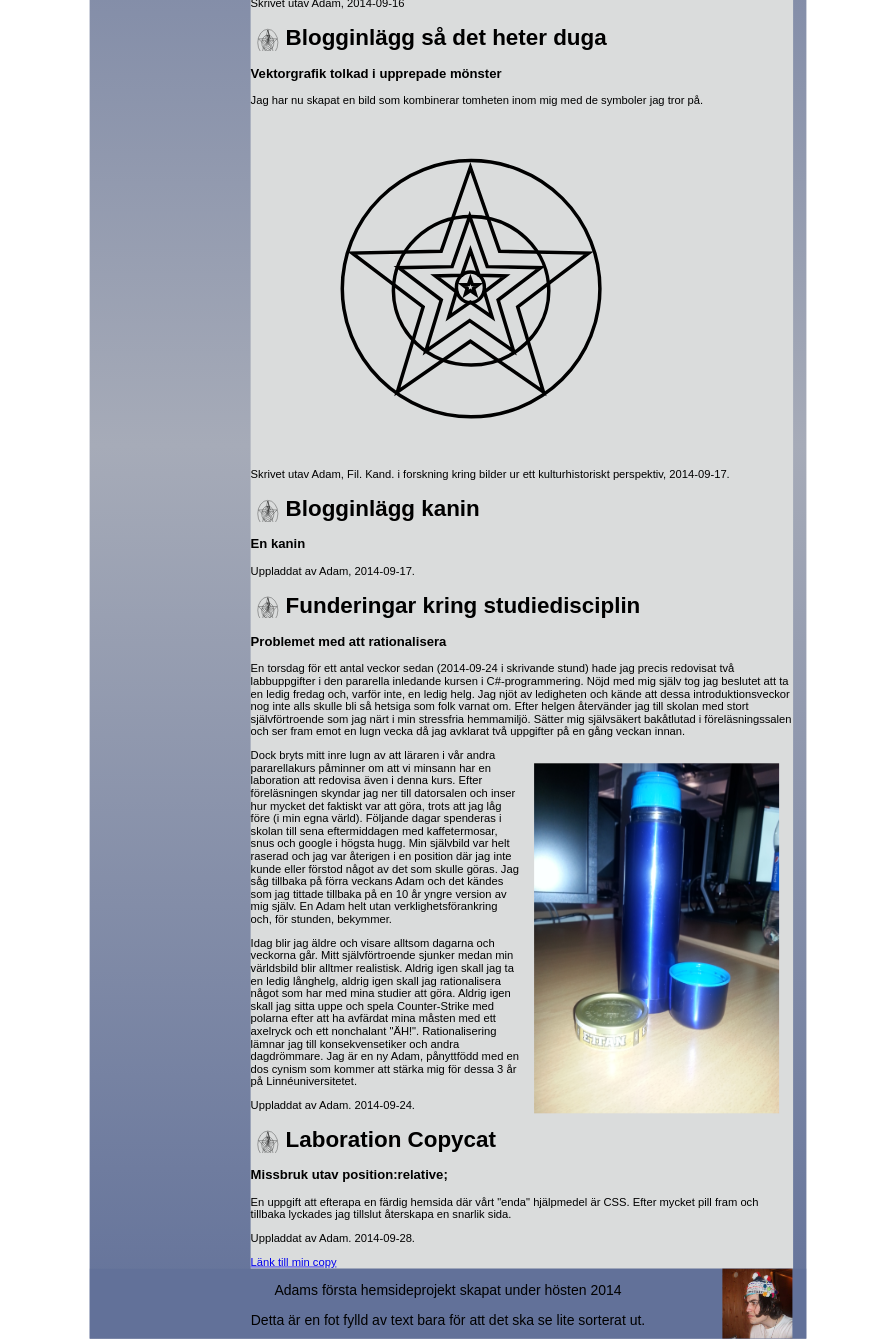
Repository: ao222qc/1IK415_ao222qc_copycat
Page: index.html
The author's editor kept a record of every edit. The page is drawn from the files as they stood at one moment, then again after the next edit.
The browser window is 1280 px wide. The pictures show the part of the page from y = 649 to 2569 px (the page is 2569 px tall), at 70% of full size.

Above is the page before.

After the next edit:
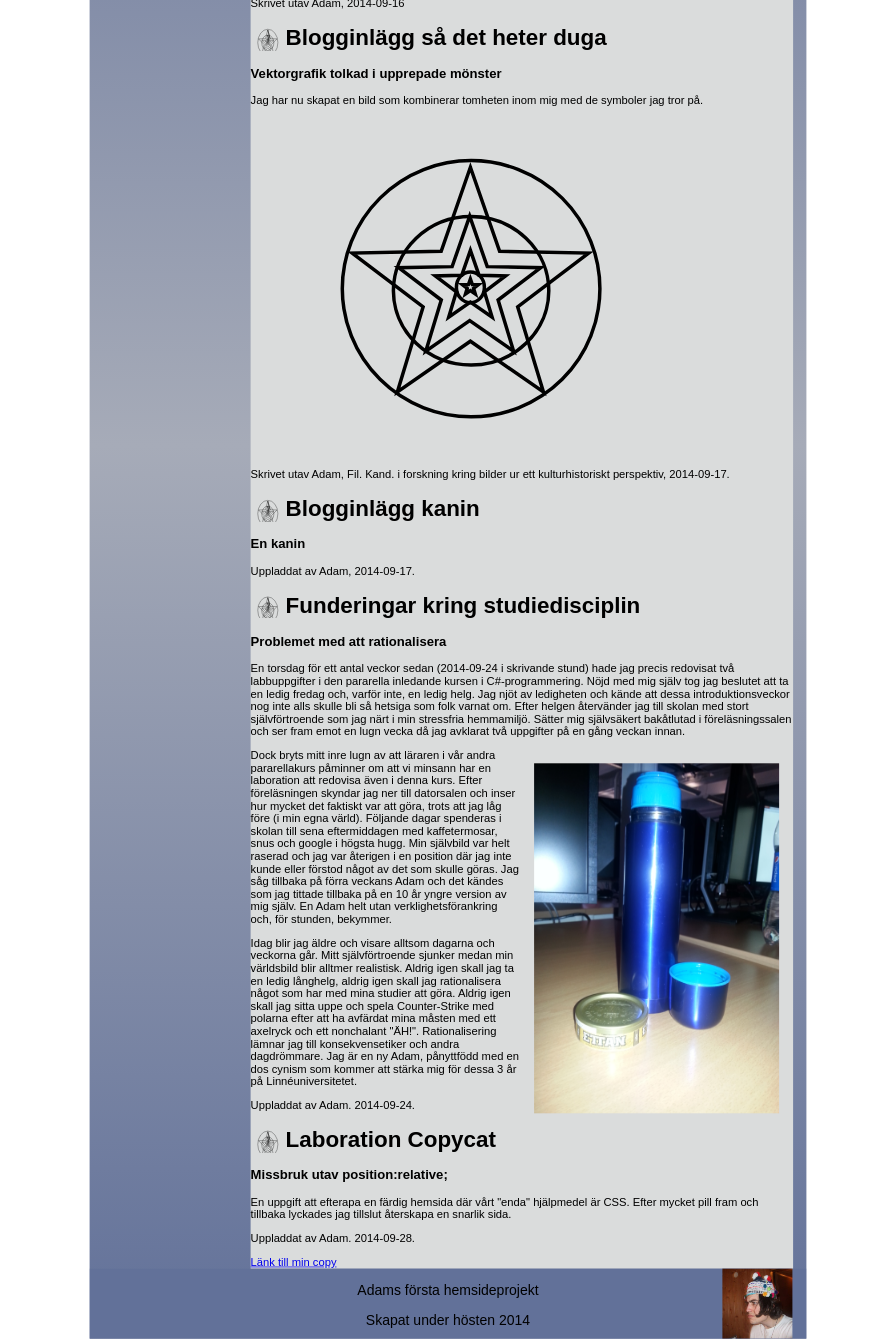
The edit:
--- a/index.html
+++ b/index.html
@@ -89,8 +89,8 @@
     </div>
 
       <div id="footer">
-        <p>Adams första hemsideprojekt skapat under hösten 2014</p>
-        <p>Detta är en fot fylld av text bara för att det ska se lite sorterat ut.</p>
+        <p>Adams första hemsideprojekt</p>
+        <p>Skapat under hösten 2014</p>
     </div>
     </div>
 </body>
